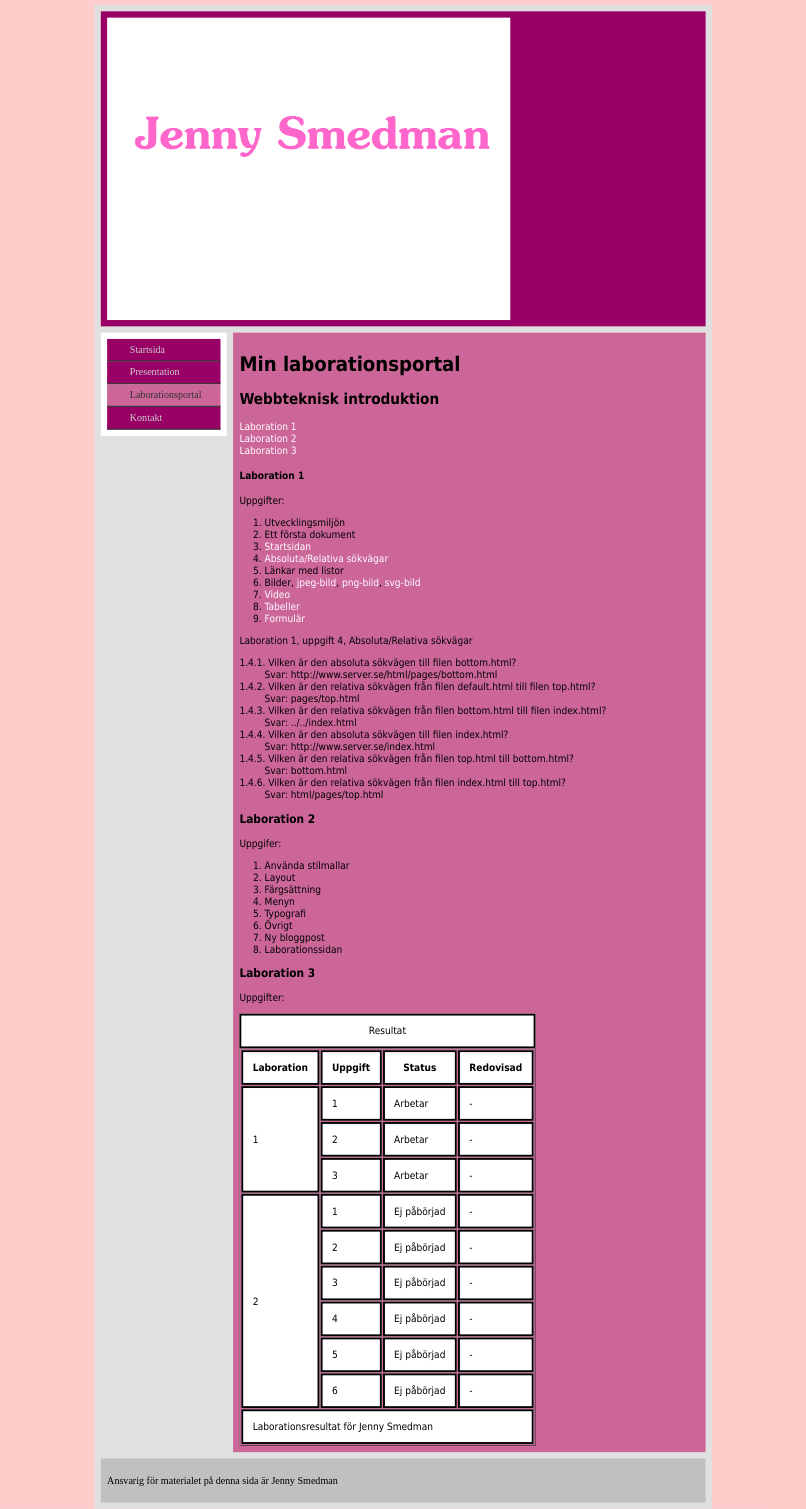
Repository: js223mx/1ik415-js223mx-laborationer
Page: pages/laborationer.html
The author's editor kept a record of every edit. The page is drawn from the files as they stood at one moment, then again after the next edit.
The browser window is 1280 px wide. The pictures show the whole page, at 63% of full size.

Above is the page before.

After the next edit:
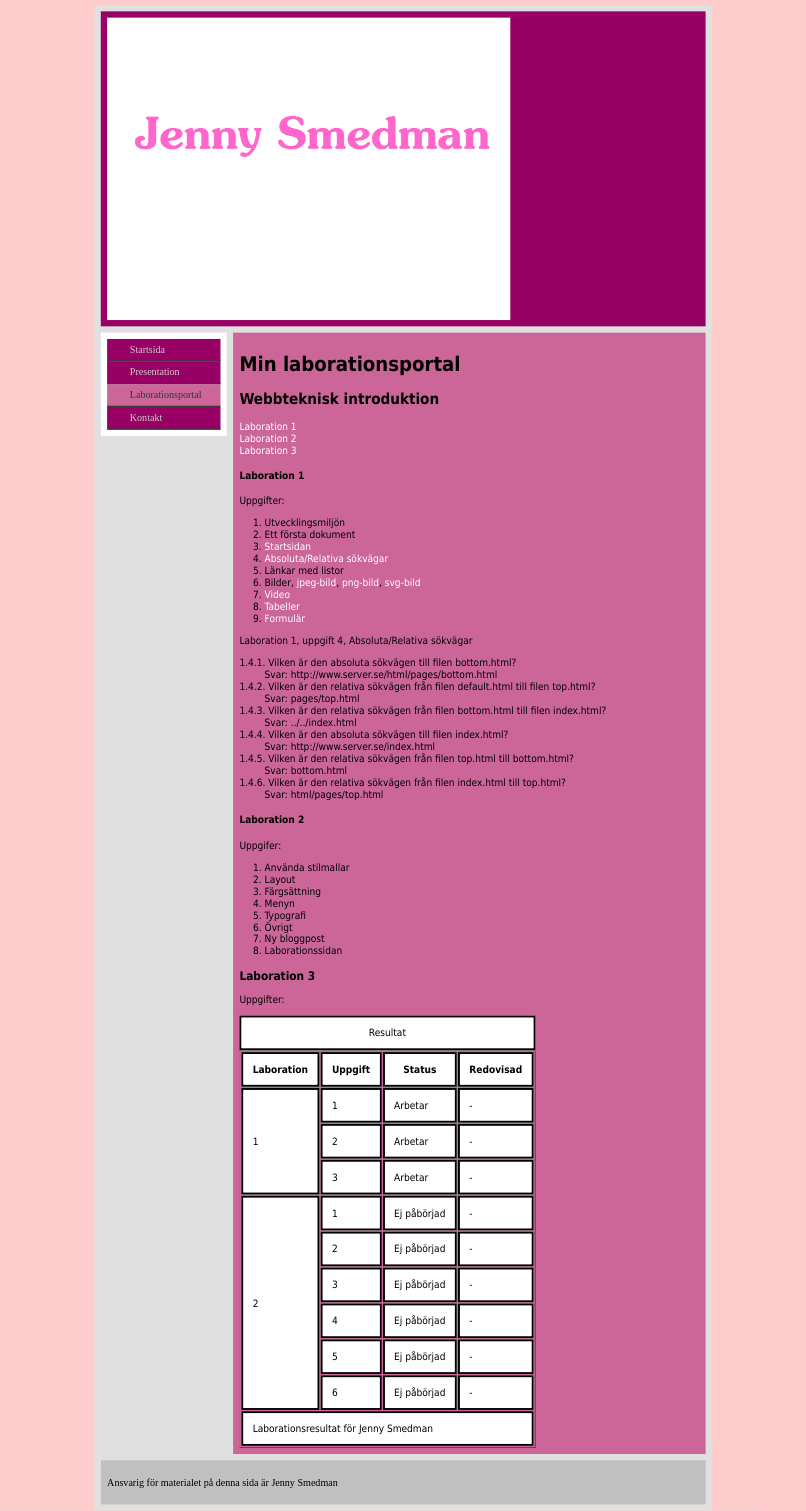
The edit:
--- a/pages/laborationer.html
+++ b/pages/laborationer.html
@@ -67,7 +67,7 @@
                             <dd>Svar: html/pages/top.html</dd>
                         </dl>
 
-                <h3 id="Laboration2">Laboration 2</h3>
+                <h4 id="Laboration2">Laboration 2</h4>
 
                     <p>Uppgifer:</p>
                         <ol>
